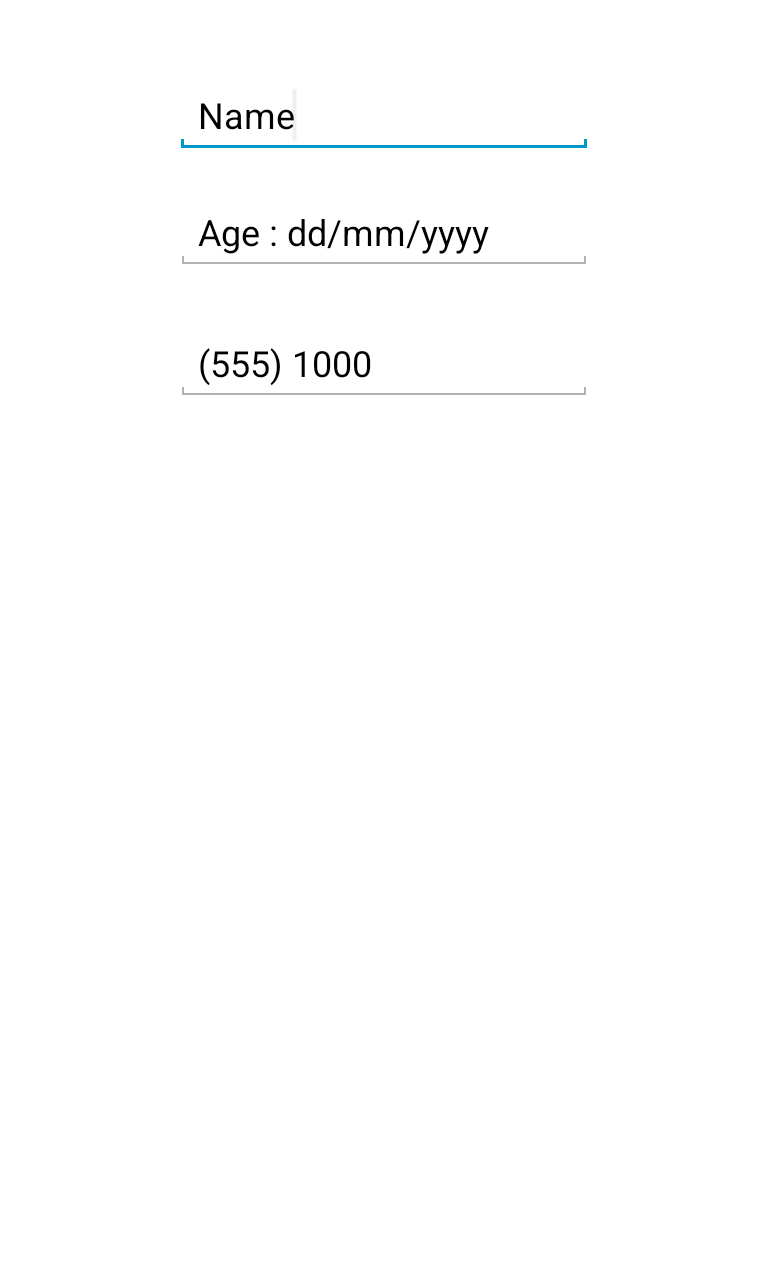
Repository: srikraj8341/srikanthrepo
Layout: android/MyFirstApp/res/layout/activity_display_message.xml
The author's editor kept a copy of each file at every save. The layout is drawn from the files as they stood at one save, then again after the next save.
It is drawn on a 768 x 1280 px phone screen (xhdpi) without system bars, with theme AppTheme; the app's code is not run.

Above is the layout before, as saved 2012-09-22 07:50:52.

### android/MyFirstApp/res/layout/activity_display_message.xml
    <RelativeLayout xmlns:android="http://schemas.android.com/apk/res/android"
        xmlns:tools="http://schemas.android.com/tools"
        android:layout_width="fill_parent"
        android:layout_height="fill_parent" >

        <EditText
            android:id="@+id/editText1"
            android:layout_width="wrap_content"
            android:layout_height="wrap_content"
            android:layout_alignParentTop="true"
            android:layout_centerHorizontal="true"
            android:layout_marginTop="38dp"
            android:ems="10"
            android:inputType="textPersonName"
            android:text="@string/Name" >

            <requestFocus />
        </EditText>

        <EditText
            android:id="@+id/editText2"
            android:layout_width="wrap_content"
            android:layout_height="wrap_content"
            android:layout_alignLeft="@+id/editText1"
            android:layout_below="@+id/editText1"
            android:layout_marginTop="19dp"
            android:ems="10"
            android:inputType="date"
            android:text="@string/Age" />

        <EditText
            android:id="@+id/editText3"
            android:layout_width="wrap_content"
            android:layout_height="wrap_content"
            android:layout_alignLeft="@+id/editText2"
            android:layout_below="@+id/editText2"
            android:layout_marginTop="26dp"
            android:ems="10"
            android:inputType="phone"
            android:text="@string/Phone"/>

    </RelativeLayout>

### android/MyFirstApp/res/values/strings.xml
<resources>

    <string name="app_name">Play Finder</string>
    <string name="hello_world">Hello world!</string>
    <string name="menu_settings">Settings</string>
    <string name="title_activity_main">MainActivity</string>
    <string name="edit_message">Enter a message</string>
    <string name="button_send">send</string>
    <string name="title_activity_display_message">My Message</string>
    <string name="Email">Email</string>
    <string name="textEmailAddress">user@domain</string>
	<string name="Password">Password</string>
    <string name="Register">Register</string>
	<string name="Submit">Submit</string>
	<string name="Passwordsymbol">........</string>
	<string name="Name">Name</string>
	<string name="Age">Age : dd/mm/yyyy</string>
	<string name="Phone">(555) 1000</string>





</resources>

Loaded but not shown: android/MyFirstApp/res/values-v11/styles.xml (common file); android/MyFirstApp/res/values-v14/styles.xml (common file); android/MyFirstApp/res/values/styles.xml (common file)

After the next save:
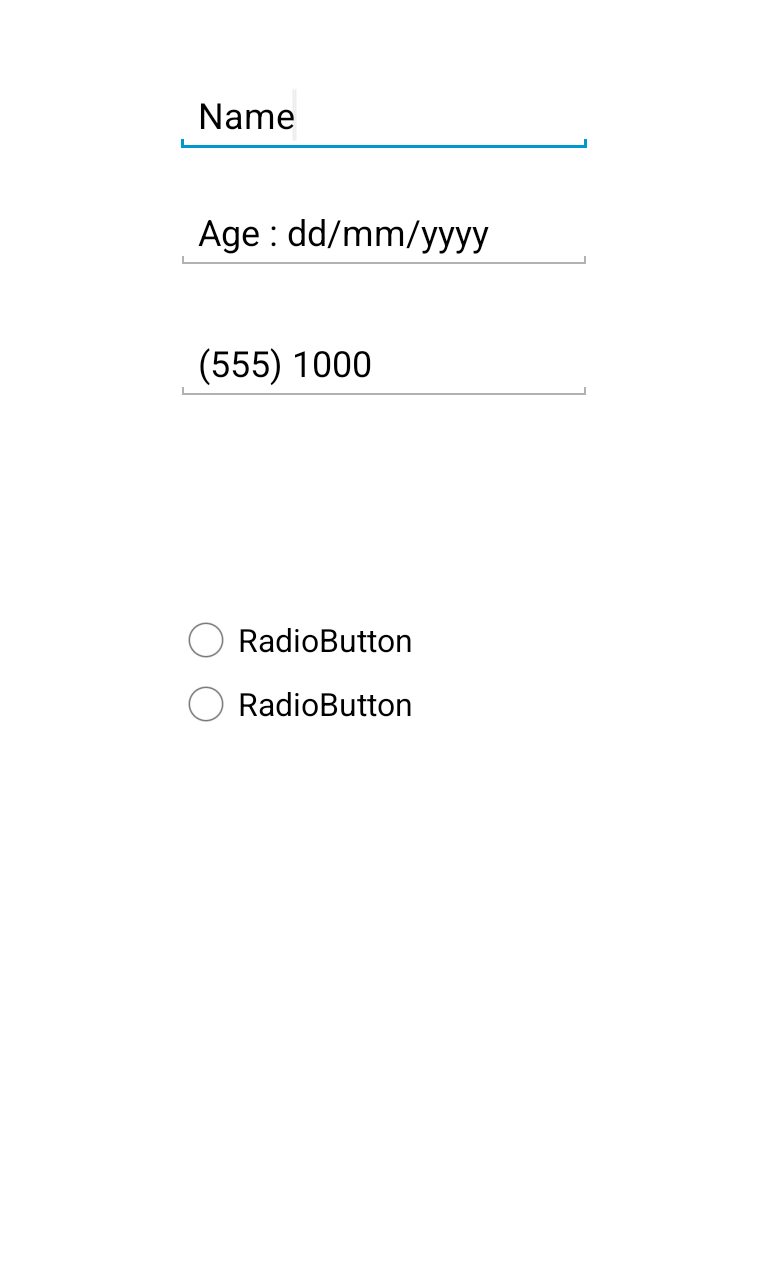
Saved 57 s later.
--- a/android/MyFirstApp/res/layout/activity_display_message.xml
+++ b/android/MyFirstApp/res/layout/activity_display_message.xml
@@ -39,4 +39,20 @@
             android:inputType="phone"
             android:text="@string/Phone"/>
 
+        <RadioButton
+            android:id="@+id/radioButton1"
+            android:layout_width="wrap_content"
+            android:layout_height="wrap_content"
+            android:layout_alignLeft="@+id/editText3"
+            android:layout_centerVertical="true"
+            android:text="RadioButton" />
+
+        <RadioButton
+            android:id="@+id/radioButton2"
+            android:layout_width="wrap_content"
+            android:layout_height="wrap_content"
+            android:layout_alignLeft="@+id/radioButton1"
+            android:layout_below="@+id/radioButton1"
+            android:text="RadioButton" />
+
     </RelativeLayout>
